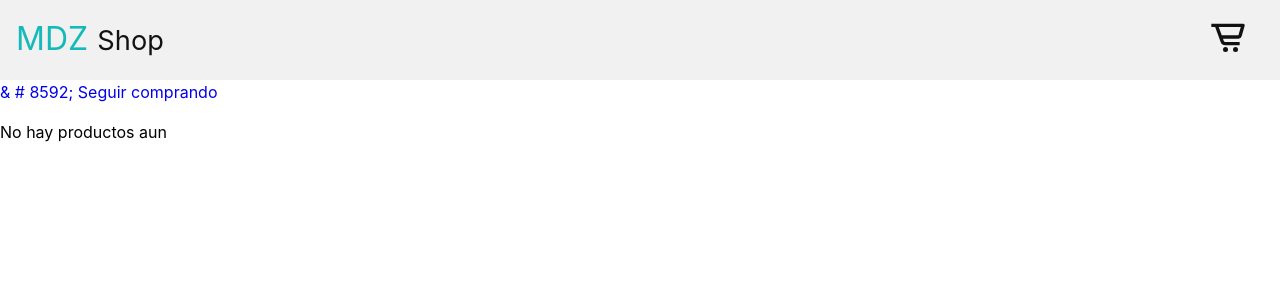
Repository: leo7mdz/FE-e-Commerce-shoes
Page: /cart
These files come from the project's save history. The page is drawn as it stood at one moment and after the next save; the edit follows.
The browser window is 1280 px wide. The pictures show the whole page.
The project was rebuilt for these pictures with package versions that can differ from the ones it lists, and the page was loaded fresh each time. Also part of the build but not shown: vite.config.js, src/components/banner.module.css, src/components/Banner.jsx, src/components/card.module.css, src/components/Card.jsx, src/components/gridProducts.module.css, src/components/Products.jsx, src/components/product.module.css and 5 more.

Above is the page before, as saved 2023-03-02 17:32:53.

### src/App.jsx
import "./App.css";
import { Provider } from "react-redux";
import { store } from "./store/store";
import { BrowserRouter, Route, Routes } from "react-router-dom";
import Products from "./components/Products";
import Header from "./components/Header";
import Product from "./components/Product";
import Cart from "./components/Cart";
import CheckOutSucceess from "./pages/checkOutSucceess";

function App() {
  return (
    <Provider store={store}>
      <div className="App">
        <BrowserRouter>
          <Header />
          <Routes>
            <Route path="/" element={<Products />} />
            <Route path="/product/:id" element={<Product />} />
            <Route path="/checkout-success" element={<CheckOutSucceess />} />
            <Route path="/cart" element={<Cart />} />
          </Routes>
        </BrowserRouter>
      </div>
    </Provider>
  );
}

export default App;

### src/index.css
:root {
  font-family: Inter, Avenir, Helvetica, Arial, sans-serif;
  font-size: 16px;
  line-height: 24px;
  font-weight: 400;

}

body {
  margin: 0;
}

a {
  text-decoration: none;
}

img {
  max-width: 100%;
}

### src/store/store.js
import { configureStore } from "@reduxjs/toolkit";
import { productsApi } from "../api/productsApi";
import cartReducer from "../slice/cartSlice";

export const store = configureStore({
  reducer: {
    cart: cartReducer,
    [productsApi.reducerPath]: productsApi.reducer,
  },
  middleware: (getDefaultMiddleware) =>
    getDefaultMiddleware().concat(productsApi.middleware),
});

### src/components/Header.jsx
import React, { useEffect } from "react";
import style from "./header.module.css";
import { BiCartAlt } from "react-icons/bi";
import { Link } from "react-router-dom";
import { useDispatch, useSelector } from "react-redux";
import { GetTotals } from "../slice/cartSlice";

const Header = () => {
  let totalItems = useSelector((state) => state.cart);
  const dispatch = useDispatch();

  useEffect(() => {
    dispatch(GetTotals());
  }, [totalItems, GetTotals]);

  return (
    <header className={style.header}>
      <Link to="/">
        <p className={style.title}>
          <span className={style.span}>mdz</span> Shop
        </p>
      </Link>

      <nav className={style.nav}>
        <Link className={style.cart} to="/cart">
          <BiCartAlt className={style.icon} />
          {totalItems.cartTotalQuantity > 0 && (
            <span className={style.itemTotals}>
              {totalItems.cartTotalQuantity}
            </span>
          )}
        </Link>
      </nav>
    </header>
  );
};

export default Header;

### src/components/Cart.jsx
import React from "react";
import { useEffect } from "react";
import { useDispatch, useSelector } from "react-redux";
import { clearCart, GetTotals } from "../slice/cartSlice";
import { Link } from "react-router-dom";
import ItemCart from "./ItemCart";
import PayButton from "./PayButton";

const Cart = () => {
  const cart = useSelector((state) => state.cart.cart);
  const details = useSelector((state) => state.cart);

  const dispatch = useDispatch();
  console.log(details);

  useEffect(() => {
    dispatch(GetTotals());
  }, []);

  return (
    <div>
      <Link to="/"> & # 8592; Seguir comprando</Link>
      {cart.length > 0 ? (
        <div>
          <div>
            {cart.map((item) => (
              <ItemCart item={item} key={item.Id} />
            ))}
          </div>

          <button onClick={() => dispatch(clearCart())}>Limpiar carrito</button>

          <div>
            <p>Productos totales . . . . . . . {details.cartTotalQuantity} </p>
            <p>Subtotal . . . . . . . . . $ {details.cartTotalAmount}</p>
            <p>Envio . . . . . . . . . Sin costo</p>
            <p>Total . . . . . . . . . $ {details.cartTotalAmount}</p>
          </div>

          <PayButton cart={cart} />
        </div>
      ) : (
        <p>No hay productos aun</p>
      )}
    </div>
  );
};

export default Cart;

### src/api/productsApi.js
import { createApi, fetchBaseQuery } from "@reduxjs/toolkit/query/react";

export const productsApi = createApi({
  reducerPath: "productsApi",
  baseQuery: fetchBaseQuery({
    baseUrl: "https://be-e-commerce-shoes.vercel.app/",
  }),
  endpoints: (builder) => ({
    getProducts: builder.query({
      query: () => "products",
    }),
    getProduct: builder.query({
      query: (id) => `products/${id}`,
    }),
  }),
});

export const { useGetProductsQuery, useGetProductQuery } = productsApi;

### src/slice/cartSlice.js
import { createSlice } from "@reduxjs/toolkit";

const initialState = {
  cart: [],
  cartTotalQuantity: 0,
  cartTotalAmount: 0,
};

export const cartSlice = createSlice({
  name: "cart",
  initialState,
  reducers: {
    addToCart: (state, action) => {
      let product = state.cart.find(
        (product) => product.Id == action.payload.Id
      );

      return product
        ? {
            ...state,
            cart: state.cart.map((product) =>
              product.Id === action.payload.Id
                ? { ...product, Cantidad: product.Cantidad + 1 }
                : product
            ),
          }
        : {
            ...state,
            cart: [...state.cart, { ...action.payload, Cantidad: 1 }],
          };
    },

    incrementCart: (state, action) => {
      return {
        ...state,
        cart: state.cart.map((item) =>
          item.Id === action.payload.Id
            ? { ...item, Cantidad: item.Cantidad + 1 }
            : item
        ),
      };
    },
    clearItem: (state, action) => {
      return {
        ...state,
        cart: state.cart.filter((item) => item.Id !== action.payload.Id),
      };
    },
    clearCart: (state, action) => {
      return initialState;
    },
    GetTotals: (state, action) => {
      let { total, quantity } = state.cart.reduce(
        (acc, product) => {
          const { Precio, Cantidad } = product;
          const itemTotal = Precio * Cantidad;

          (acc.total += itemTotal), (acc.quantity += Cantidad);

          return acc;
        },
        { total: 0, quantity: 0 }
      );

      state.cartTotalAmount = total.toFixed(3);
      state.cartTotalQuantity = quantity;
    },
  },
});
export const {
  addToCart,
  decrementCart,
  incrementCart,
  clearCart,
  GetTotals,
  clearItem,
} = cartSlice.actions;

export default cartSlice.reducer;

### src/components/header.module.css
.header {
    display: flex;
    justify-content: space-between;
    align-items: center;
    position: sticky;
    top: 0;
    background-color: #f1f1f1;
    z-index: 100000;

}

.span {
    color: rgb(20, 185, 185);
    text-transform: uppercase;
    font-size: 2rem;
    padding-right: .1rem;
}

.title {
    color: rgb(19, 18, 18);
    font-size: 1.7rem;
    padding-left: 1rem;
}

.cart {
    padding-right: 2rem;
}

.icon {
    font-size: 2.5rem;

    color: rgb(17, 17, 17);
}

.itemTotals {
    width: .4rem;
    height: .4rem;
    border-radius: 50%;
    border: .1rem solid red;
    padding: .2rem;
    font-size: .8rem;
    color: white;
    background-color: red;
    font-weight: bold;
    margin-left: -.4rem;
}

Loaded but not shown: index.html (common file); src/main.jsx (common file); src/App.css (common file)

After the next save:
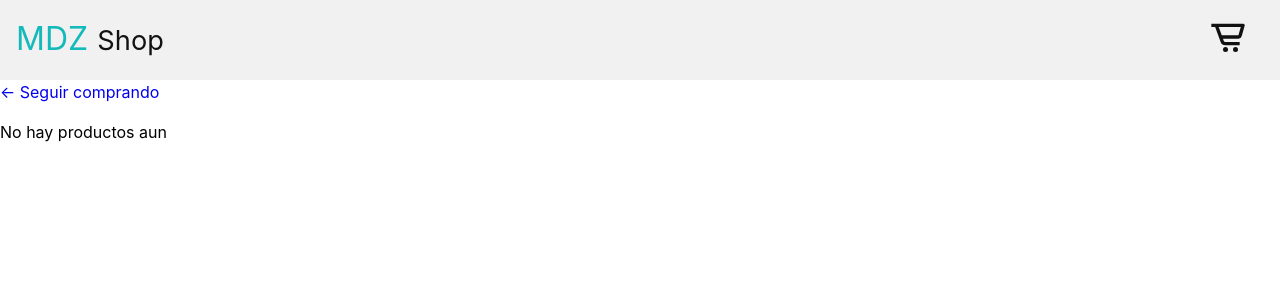
Saved 12 s later.
--- a/src/components/Cart.jsx
+++ b/src/components/Cart.jsx
@@ -19,7 +19,7 @@
 
   return (
     <div>
-      <Link to="/"> & # 8592; Seguir comprando</Link>
+      <Link to="/"> &#8592; Seguir comprando</Link>
       {cart.length > 0 ? (
         <div>
           <div>
